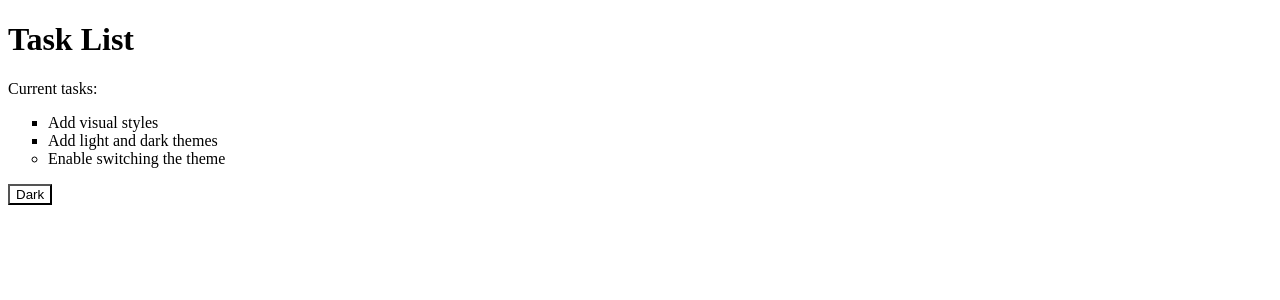
Repository: MaggieMengXingchen/Class-4
Page: index.html
These files come from the project's save history. The page is drawn as it stood at one moment and after a run of saves; the edit follows.
The browser window is 1280 px wide. The pictures show the whole page.

Above is the page before, as saved 2024-02-14 14:12:44.

After the next 9 saves:
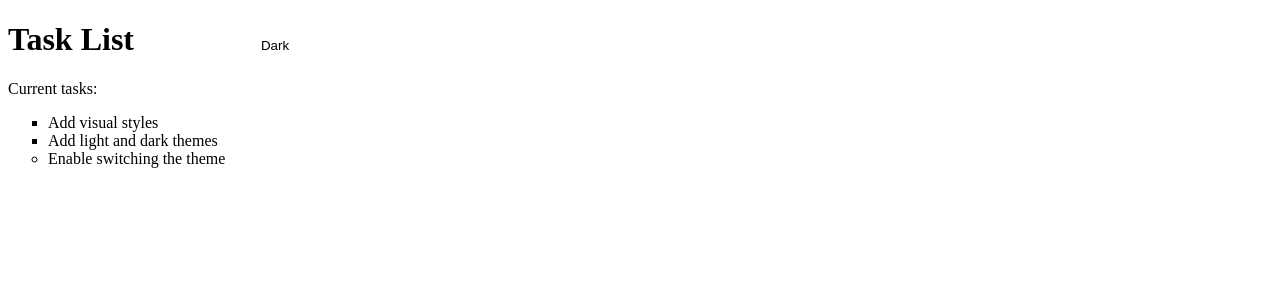
The 9 saves are shown as one change because they came seconds apart.
The last was saved 36 s later.
--- a/main.css
+++ b/main.css
@@ -4,9 +4,12 @@
 --black: #000000;
 }
 .btn {
-color: var(--btnFontColor);
-background-color: var(--btnBg);
-}
+position: absolute;
+top: 20px;
+left: 250px;
+height: 50px;
+width: 50px;
+border-radius: 50%; border: none; color: var(--btnFontColor); background-color: var(--btnBg); }
 /*将所有无序列表（<ul>标签）的字体设置为Helvetica字体*/
 li {
 list-style: circle;
